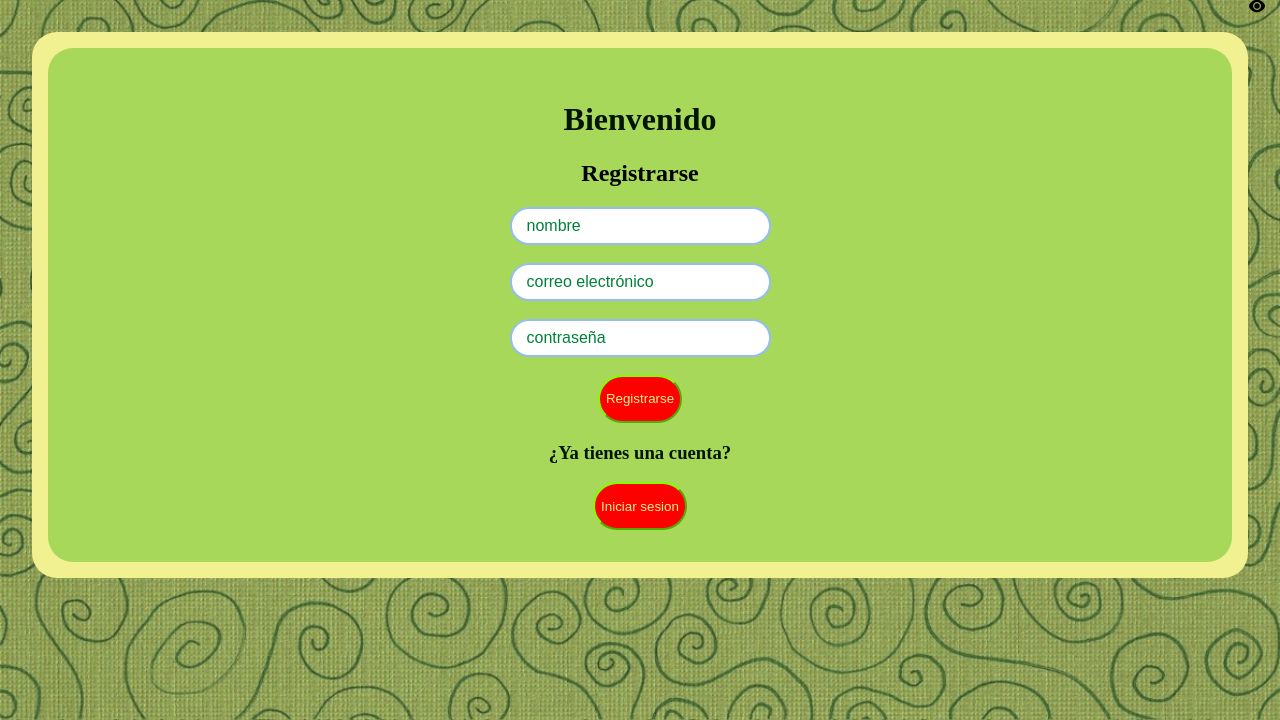
Repository: carrascokarencb37-afk/Nuura
Page: html/registrarse.html
These files come from the project's save history. The page is drawn as it stood at one moment and after the next save; the edit follows.
The browser window is 1280 px wide. The pictures show the whole page.
Some web libraries are served in a nearby version.

Above is the page before, as saved 2026-05-28 22:30:07.

### html/registrarse.html
<!DOCTYPE html>
<html lang="es">
<head>
    <meta charset="UTF-8">
    <meta name="viewport" content="width=device-width, initial-scale=1.0">

    <title>Nuura - Registrarse</title>

    <link rel="stylesheet" href="../css/style.css">
    <link rel="icon" href="../img/Nuura.png" type="png">

        <script src="../js/script.js" defer></script>

</head>
    <body>
        <div class="borde">
            <div class="cont">
                <h1>Bienvenido</h1>
                <h2>Registrarse</h2>

                <form action="../php/guardar.php" method="POST">
                <input type="text" name="nombre" placeholder="nombre" id="nombre">
                <br><br>
                <input type="email" name="correo" id="correo" placeholder="correo electrónico">
                <br><br>
            <div class="contra">
                <input type="password" name="contra" id="contra" placeholder="contraseña">
                <span onclick="mostrarContra()" class="ojo">
                    <i
                        class=
                        "fi fi-sr-eye">
                    </i>
                </span>
                <br><br>
            </div>

                <button type="submit" class="chapito">Registrarse</button>

        </form>
                <h3>¿Ya tienes una cuenta?</h3>

                <a href="iniciarsesion.html"><button class="chapito">Iniciar sesion</button></a>

            </div>
        </div>

    </body>
</html>

### css/style.css
@import url('https://cdn-uicons.flaticon.com/4.0.0/uicons-solid-rounded/css/uicons-solid-rounded.css');

/*Importar fuente chewy*/
@font-face {
    font-family: 'chewy';
    src: url(../fonts/Chewy-Regular.ttf) format('truetype');
    font-weight: normal;
    font-style: normal;
}

body {
    background-image: url(../img/fondo_medio.jpg);
    background-size: cover;
    margin: 0;
    justify-content: center;
    text-align: center;
    padding: 2rem;
}

.titulo {
    font-family: Arial, Helvetica, sans-serif;
}

.boton {
    text-decoration: none;
}

/*Aqui empieza el estilo de INICIAR SESION.html*/
.cont{
    border-radius: 25px;
    background-color: #a7d859;
    padding: 2rem;
}
.cont h1{
    color: rgb(2, 20, 5);
    font-family:cursive;
}
.cont h3{
    color:rgb(2, 20, 5);
    font-family:cursive;
}

.borde{
    background-color: #F1F191;
    border-radius:25px;
    padding: 1rem;
}

/*registros*/
.cont input{
    border-radius:30px;
    height: 2rem;
    width: 15rem;
    border-color: rgb(148, 189, 241);
}
.cont ::placeholder{
    color: rgb(0, 129, 58);
}

input{
    color: #004d00;
     width: 230px;
    height: 35px;

    border-radius: 20px;
    border: 2px solid #4c74ff;

    padding-left: 15px;

    color: #145214;

    font-size: 16px;

    outline: none;
}


.ojo{
    position: absolute;
    right: 15px;
    top: 8px;
    transform: translateY(-50%);
    cursor: pointer;
}

/*botones*/
.chapito{
    border-radius: 25px;
    background-color:rgb(78, 167, 42) ;
    border-color: chartreuse;
    height: 2rem;
    color: #F1F191;
    transition: 1s;
    background-color: red;
    height: 3rem;
    cursor: pointer;
}
.chapito:hover{
    background-color:rgb(148, 189, 241);
    color: blue;
    border-color: blue;
    transition: 1s;
    transform: scale(1.05);
}


/* GUIA.html*/

.menu_container{
    display: flex;
    flex-direction: row;
    gap: 20px;
    flex-wrap: wrap;
}

.card{
    width: 250px;
    background: white;
    border-radius: 20px;
    padding: 15px;
    text-align: center;
    box-shadow: 0 8px 20px rgba(243, 255, 132, 0.3);
    transition: transform 0.3s ease, box-shadow 0.3s ease;
}

h1{
    color:white;
    font-family:cursive;
}

    /*Demas cositas agregadas a las card*/
/* Imagen */
.card img {
    width: 100%;
    border-radius: 15px;
    transition: transform 0.3s ease;
}

/* Hover mágico ✨ */
.card:hover {
    transform: translateY(-10px) scale(1.03);
    box-shadow: 0 12px 25px rgba(255, 182, 193, 0.5);
}

.card:hover img {
    transform: scale(1.05);
}

/* Texto */
  .card h3 {
    margin: 10px 0 5px;
    color: #41d41c;
}

.card p {
    color: #555;
    font-size: 14px;
}

### js/script.js
//Aqui está el código para mostrar la contraseña en el input de iniciar sesión
function mostrarContra() {
    const input = document.getElementById('contra');
    if (input.type === 'password') {
        input.type = 'text';
    }else {
        input.type = 'password';
    }

}

After the next save:
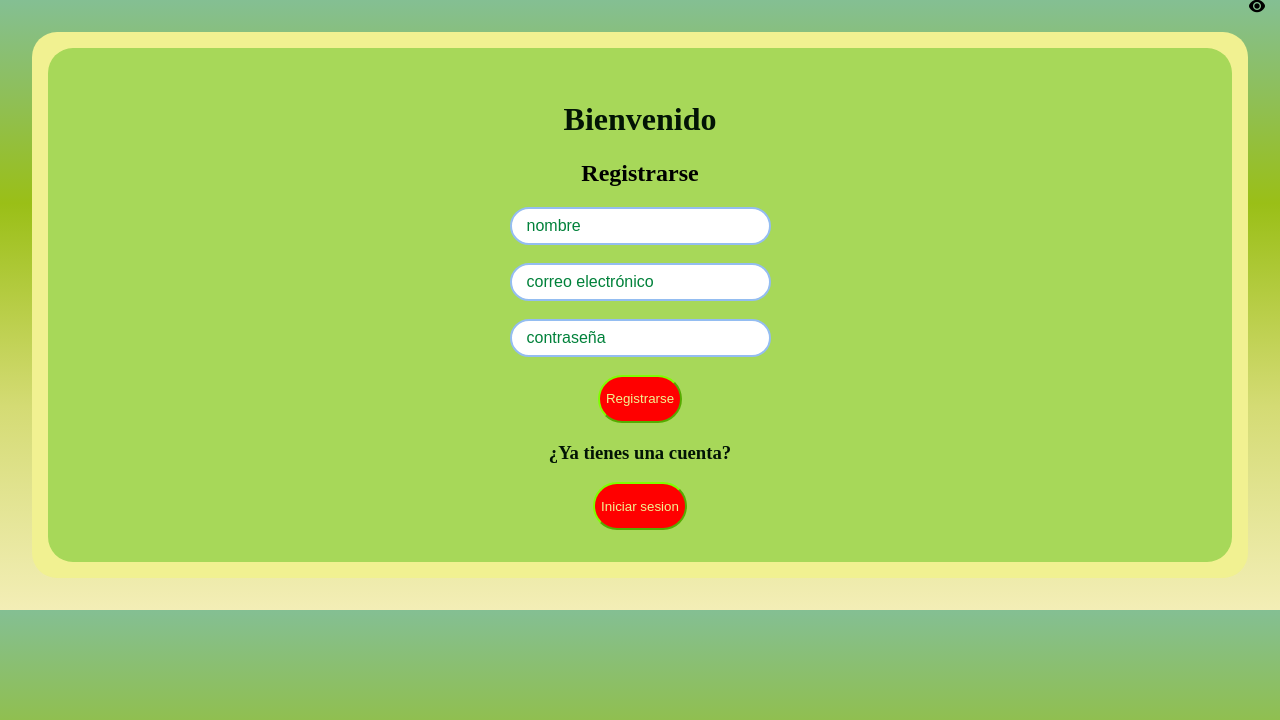
Saved 4 s later.
--- a/css/style.css
+++ b/css/style.css
@@ -1,5 +1,4 @@
 @import url('https://cdn-uicons.flaticon.com/4.0.0/uicons-solid-rounded/css/uicons-solid-rounded.css');
-
 /*Importar fuente chewy*/
 @font-face {
     font-family: 'chewy';
@@ -9,7 +8,7 @@
 }
 
 body {
-    background-image: url(../img/fondo_medio.jpg);
+    background-image: linear-gradient(to top, #f3eeb6, #d4db74, #9abf17, #84bf93);
     background-size: cover;
     margin: 0;
     justify-content: center;
@@ -102,57 +101,3 @@ input{
     transition: 1s;
     transform: scale(1.05);
 }
-
-
-/* GUIA.html*/
-
-.menu_container{
-    display: flex;
-    flex-direction: row;
-    gap: 20px;
-    flex-wrap: wrap;
-}
-
-.card{
-    width: 250px;
-    background: white;
-    border-radius: 20px;
-    padding: 15px;
-    text-align: center;
-    box-shadow: 0 8px 20px rgba(243, 255, 132, 0.3);
-    transition: transform 0.3s ease, box-shadow 0.3s ease;
-}
-
-h1{
-    color:white;
-    font-family:cursive;
-}
-
-    /*Demas cositas agregadas a las card*/
-/* Imagen */
-.card img {
-    width: 100%;
-    border-radius: 15px;
-    transition: transform 0.3s ease;
-}
-
-/* Hover mágico ✨ */
-.card:hover {
-    transform: translateY(-10px) scale(1.03);
-    box-shadow: 0 12px 25px rgba(255, 182, 193, 0.5);
-}
-
-.card:hover img {
-    transform: scale(1.05);
-}
-
-/* Texto */
-  .card h3 {
-    margin: 10px 0 5px;
-    color: #41d41c;
-}
-
-.card p {
-    color: #555;
-    font-size: 14px;
-}
